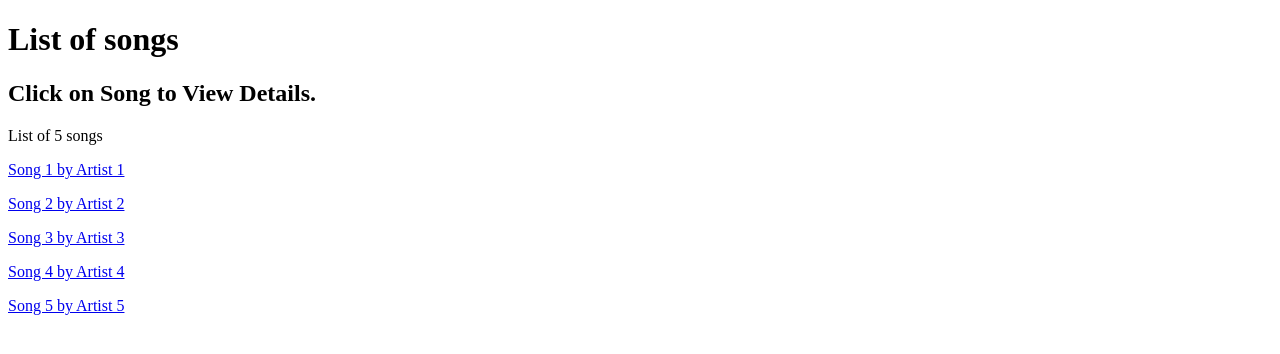
Repository: thagunnaharish1-netizen/GeetShala
Page: http://localhost/songs/
An editor plug-in stored every save of this project. The page is shown before and after the next save, followed by the edit.
The browser window is 1280 px wide. The pictures show the whole page.
The page is served by the project's application, run on Django 5.2 (manage.py). Other server files are loaded and not shown.

Above is the page before, as saved 2026-09-01 18:52:28.

### songs/templates/song_list.html
<!DOCTYPE html>
<html lang="en">
<head>
    <meta charset="UTF-8">
    <meta name="viewport" content="width=device-width, initial-scale=1.0">
    <title>Songs List</title>
</head>
<body>
    <h1>List of songs</h1>
    <h2>Click on Song to View Details.</h2>
    {% if songs %}
        <p>List of {{ songs|length }} songs</p>
        {% for song in songs %}
            <p><a href="{% url 'song_detail' song.id %}">{{ song.title }} by {{ song.artist }}</a></p>
        {% endfor %}
    {% else %}
        <p>No songs available.</p>
    {% endif %}

</body>
</html>

### songs/views.py
from django.shortcuts import render
from django.http import HttpResponse

def song_list(request):
    # response_text = '<h1>List of songs</h1><h2>Click on Song to View Details.</h2>'
    # return HttpResponse(response_text)
    songs = [
        {'id': 1, 'title': 'Song 1', 'artist': 'Artist 1'},
        {'id': 2, 'title': 'Song 2', 'artist': 'Artist 2'},
        {'id': 3, 'title': 'Song 3', 'artist': 'Artist 3'},
        {'id': 4, 'title': 'Song 4', 'artist': 'Artist 4'},
        {'id': 5, 'title': 'Song 5', 'artist': 'Artist 5'},
    ]
    return render(request, 'song_list.html', {'songs': songs})

def song_detail(request, song_id):
    response_text = f"You are calling:{song_id}"
    return HttpResponse(response_text)

### geetshala/urls.py
"""
URL configuration for geetshala project.

The `urlpatterns` list routes URLs to views. For more information please see:
    https://docs.djangoproject.com/en/6.1/topics/http/urls/
Examples:
Function views
    1. Add an import:  from my_app import views
    2. Add a URL to urlpatterns:  path('', views.home, name='home')
Class-based views
    1. Add an import:  from other_app.views import Home
    2. Add a URL to urlpatterns:  path('', Home.as_view(), name='home')
Including another URLconf
    1. Import the include() function: from django.urls import include, path
    2. Add a URL to urlpatterns:  path('blog/', include('blog.urls'))
"""
from django.contrib import admin
from django.urls import path, include

urlpatterns = [
    path('admin/', admin.site.urls),
    path('songs/', include('songs.urls')),
]

### songs/urls.py
# App-level URLconf: routes to specific views within the songs app
from django.urls import path
from . import views
urlpatterns = [
    path('', views.song_list, name='song_list'),  # e.g., /songs/
    path('<int:song_id>/', views.song_detail, name='song_detail') #e.g., /songs/12
]

After the next save:
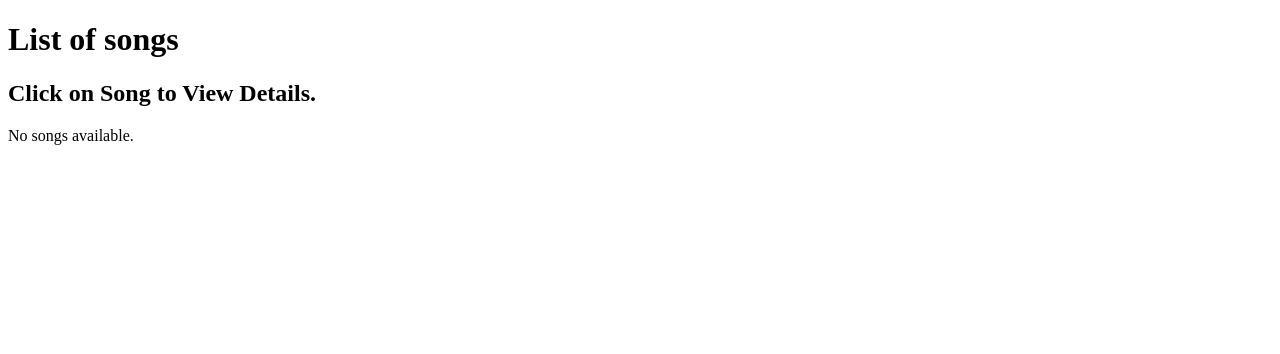
Saved 6 min 13 s later.
--- a/songs/views.py
+++ b/songs/views.py
@@ -11,7 +11,7 @@ def song_list(request):
         {'id': 4, 'title': 'Song 4', 'artist': 'Artist 4'},
         {'id': 5, 'title': 'Song 5', 'artist': 'Artist 5'},
     ]
-    return render(request, 'song_list.html', {'songs': songs})
+    return render(request, 'song_list.html', {'songs1': songs})
 
 def song_detail(request, song_id):
     response_text = f"You are calling:{song_id}"
